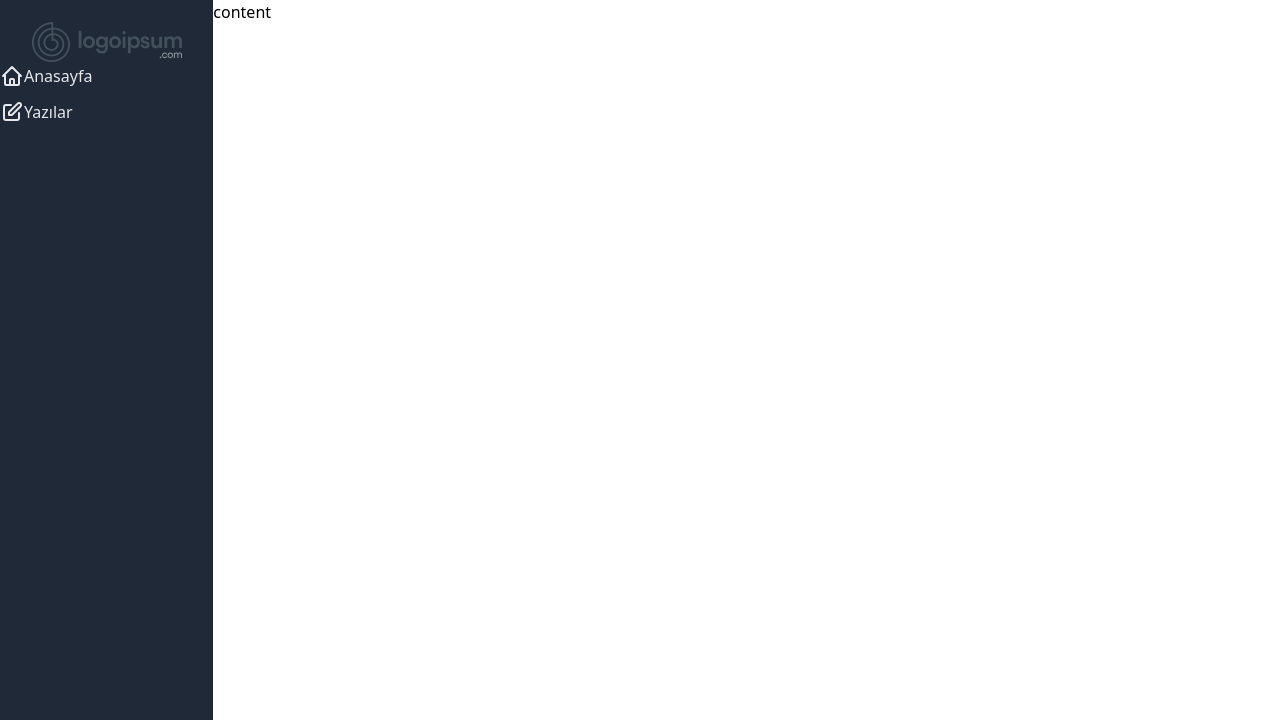
Repository: daskafa/Lavue-ui
Page: /admin
These files come from the project's save history. The page is drawn as it stood at one moment and after the next save; the edit follows.
The browser window is 1280 px wide. The pictures show the whole page.
The project was rebuilt for these pictures with package versions that can differ from the ones it lists, and the page was loaded fresh each time. Also part of the build but not shown: src/views/Homepage.vue.

Above is the page before, as saved 2022-02-21 23:18:36.

After the next save:
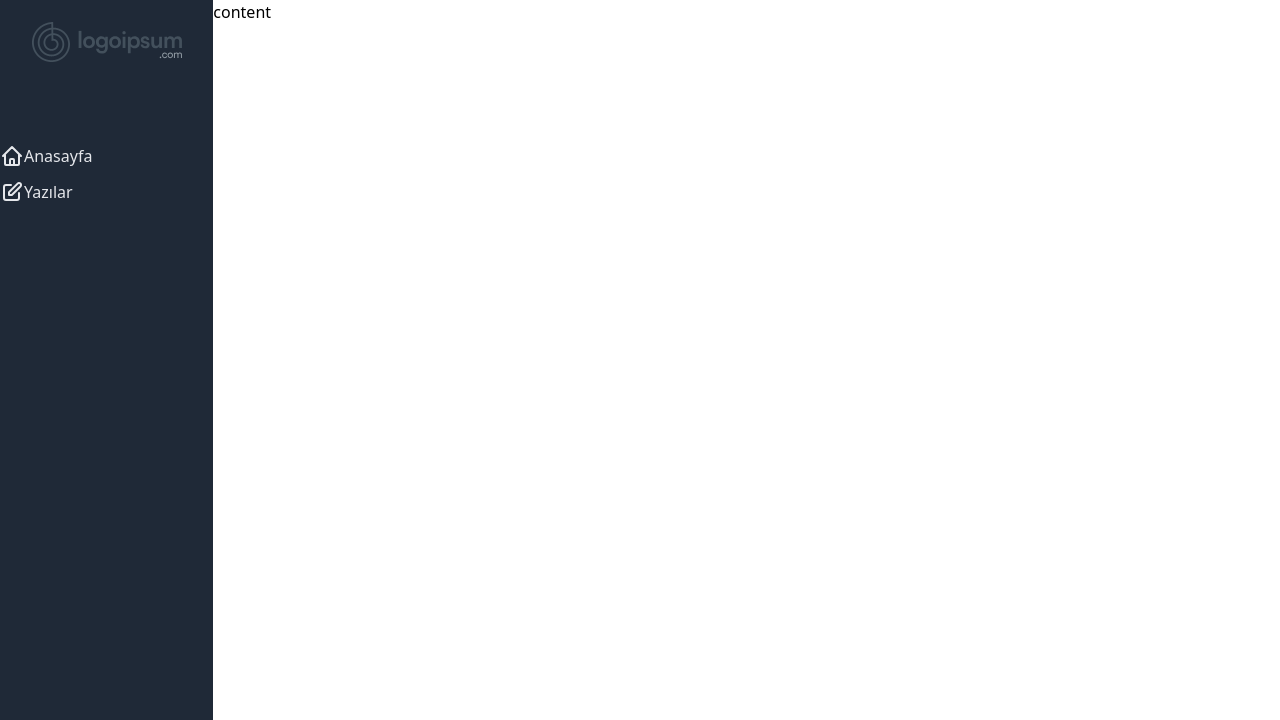
Saved 5 s later.
--- a/src/components/Sidebar.vue
+++ b/src/components/Sidebar.vue
@@ -4,7 +4,7 @@
         <div class="mt-5">
             <Logo />
         </div>
-        <div class="mt-15 sidebar-menu-items">
+        <div class="mt-20 sidebar-menu-items">
             <ul>
                 <li>
                     <svg xmlns="http://www.w3.org/2000/svg" class="h-6 w-6" fill="none" viewBox="0 0 24 24" stroke="currentColor"><path stroke-linecap="round" stroke-linejoin="round" stroke-width="2" d="M3 12l2-2m0 0l7-7 7 7M5 10v10a1 1 0 001 1h3m10-11l2 2m-2-2v10a1 1 0 01-1 1h-3m-6 0a1 1 0 001-1v-4a1 1 0 011-1h2a1 1 0 011 1v4a1 1 0 001 1m-6 0h6" /></svg>
